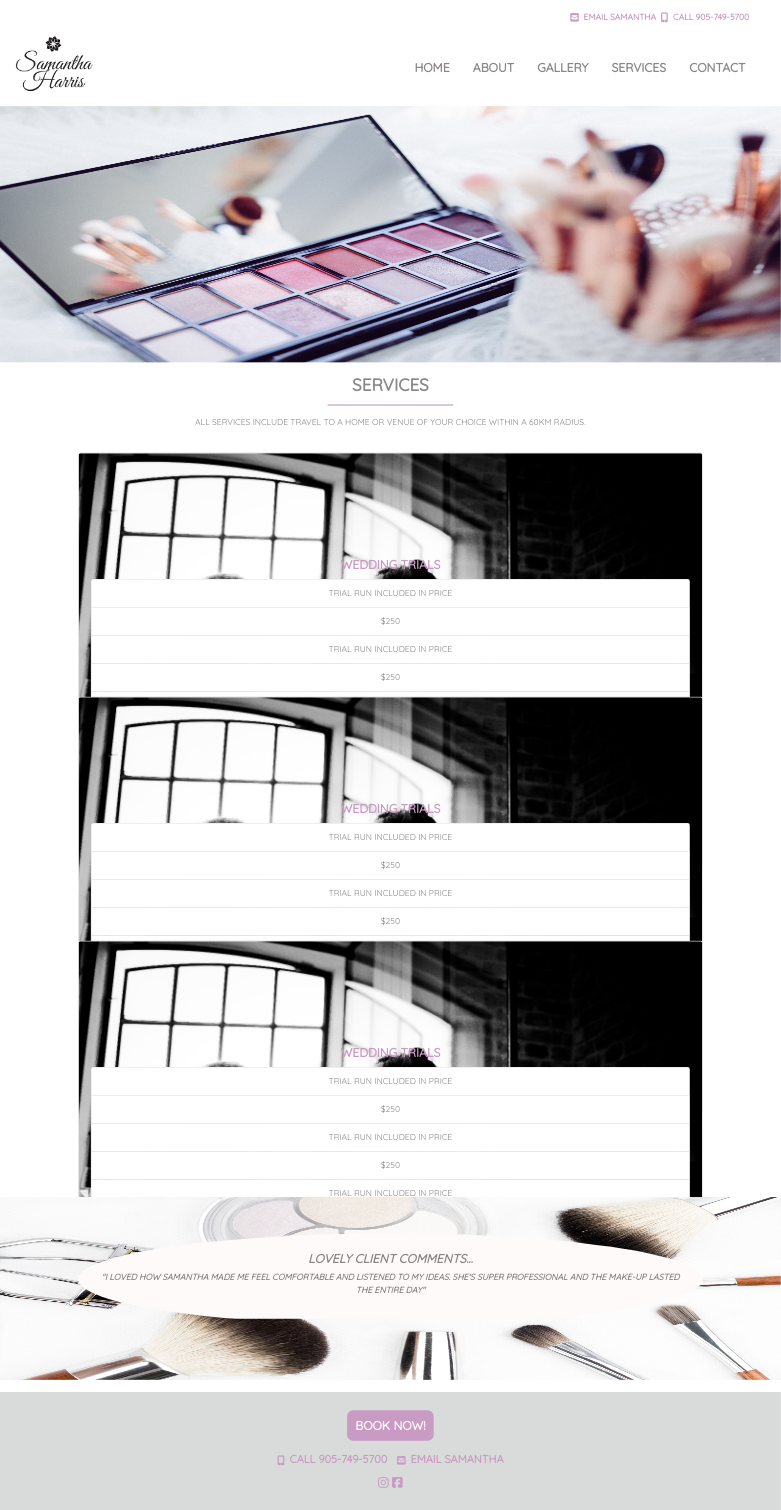
Repository: JayneyNix/milestone-1-UCFD
Page: services.html
The author's editor kept a record of every edit. The page is drawn from the files as they stood at one moment, then again after the next edit.
The browser window is 1280 px wide. The pictures show the whole page, at 61% of full size.
Some web libraries are served in a nearby version.

Above is the page before.

After the next edit:
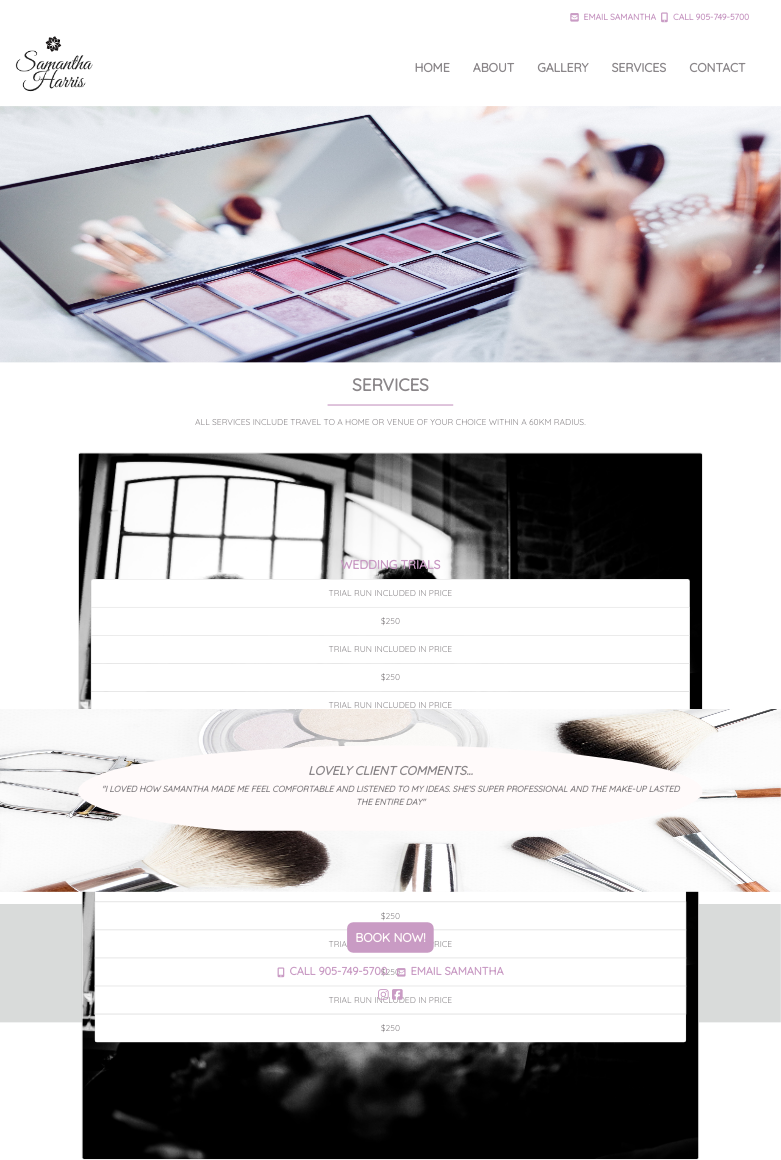
The edit:
--- a/services.html
+++ b/services.html
@@ -130,37 +130,7 @@
             </div>
         </div>
 
-        <div class="row pricing-row d-flex justify-content-center no-gutter">
-            <div class="card services-heading col-md-12 d-flex align-content-center flex-wrap">
-                <img class="card-img img-fluid" src="Assets/make-up-artist-and-bride-facing-eachother.jpg">
-                <div class="card-img-overlay">
-                    <h2 class="card-title h2 headings">Wedding Trials</h2>
-                    <ul class="list-group p headings">
-                    <li class="list-group-item">Trial Run included in price</li>
-                    <li class="list-group-item">$250</li>
-                    <li class="list-group-item">Trial Run included in price</li>
-                    <li class="list-group-item">$250</li>
-                    <li class="list-group-item">Trial Run included in price</li>
-                    <li class="list-group-item">$250</li>
-                </div>
-            </div>
-        </div>
-
-        <div class="row pricing-row d-flex justify-content-center no-gutter">
-            <div class="card services-heading col-md-12 d-flex align-content-center flex-wrap">
-                <img class="card-img img-fluid" src="Assets/make-up-artist-and-bride-facing-eachother.jpg">
-                <div class="card-img-overlay">
-                    <h2 class="card-title h2 headings">Wedding Trials</h2>
-                    <ul class="list-group p headings">
-                    <li class="list-group-item">Trial Run included in price</li>
-                    <li class="list-group-item">$250</li>
-                    <li class="list-group-item">Trial Run included in price</li>
-                    <li class="list-group-item">$250</li>
-                    <li class="list-group-item">Trial Run included in price</li>
-                    <li class="list-group-item">$250</li>
-                </div>
-            </div>
-        </div>
+
 
         </div>
 
